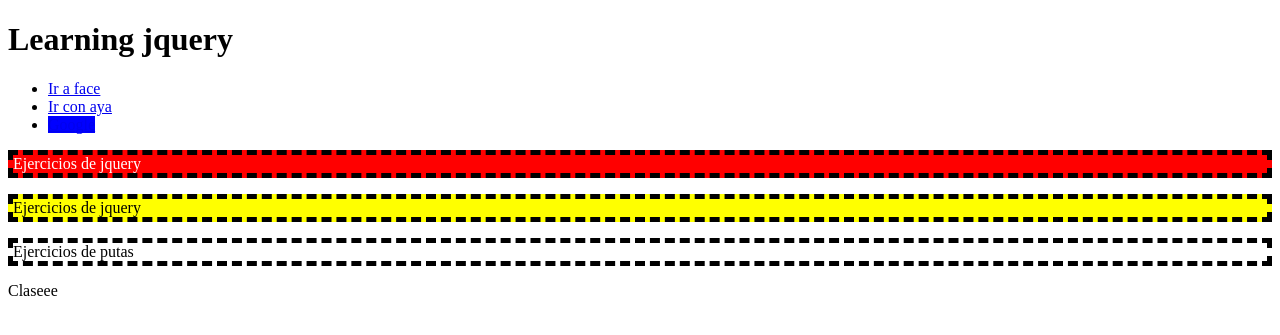
Repository: gitmadacode/practica_javascript
Page: Inicio/jquery/eventos.html
An editor plug-in stored every save of this project. The page is shown before and after the next save, followed by the edit.
The browser window is 1280 px wide. The pictures show the whole page.

Above is the page before, as saved 2019-09-13 20:26:18.

### Inicio/jquery/eventos.html
<!DOCTYPE html>
<html lang="en">
<head>
    <meta charset="UTF-8">
    <meta name="viewport" content="width=device-width, initial-scale=1.0">
    <meta http-equiv="X-UA-Compatible" content="ie=edge">
    <!--<script src="https://ajax.googleapis.com/ajax/libs/jquery/3.4.1/jquery.min.js"></script>--->
    <script type="text/javascript" src="../js/jquery.min.js"></script>
    <script type="text/javascript" src="../js/selectores.js"></script>
    <style>
    #caja{

    }


    </style>
    <title>jquery</title>
    <h1>Learning jquery</h1>
    <ul>
        <li><a href="https://www.facebook.com/">Ir a face</a></li>
        <li><a href="https://www.youtube.com/channel/UCrWvjjD84UOcbNMvv_22UVQ/videos">Ir con aya</a></li>
        <li><a href="https://www.google.com/webhp?hl=es-419&ictx=2&sa=X&ved=0ahUKEwjYmbSv5M7kAhUOHbkGHfYLDgkQPQgH" title="Google">Google</a></li>
    </ul>
    <p id="rojo" class="zebra">Ejercicios de jquery</p>
    <p id="amarillo" class="zebra">Ejercicios de jquery</p>
    <p class="zebra">Ejercicios de putas</p>
    <p>Claseee</p>
</head>
<body>

</body>
</html>

### Inicio/js/selectores.js
//Un ID es un identificador unico , para muchos usamos Class

$(document).ready(function(){
    //Selector ID
    var rojo = $("#rojo").css("background","red")
                         .css("color","white");

    var amarillo = $("#amarillo").css("background","yellow");

    //Selector de clase

    var mi_clase = $('.zebra');
    mi_clase.css("border","5px dashed black");

    $('.sin_borde').click(function(){
        console.log("click dado");
        $(this).addClass('zebra');
    });

    //Selectores de etiqueta

    var parrafos = $('p');

    parrafos.click(function(){
    $(this).removeClass("zebra");
    });

    console.log(rojo);

    //Selectores de atributo
    $('[title=Google]').css('background','blue');

});

Loaded but not shown: Inicio/js/jquery.min.js (library)

After the next save:
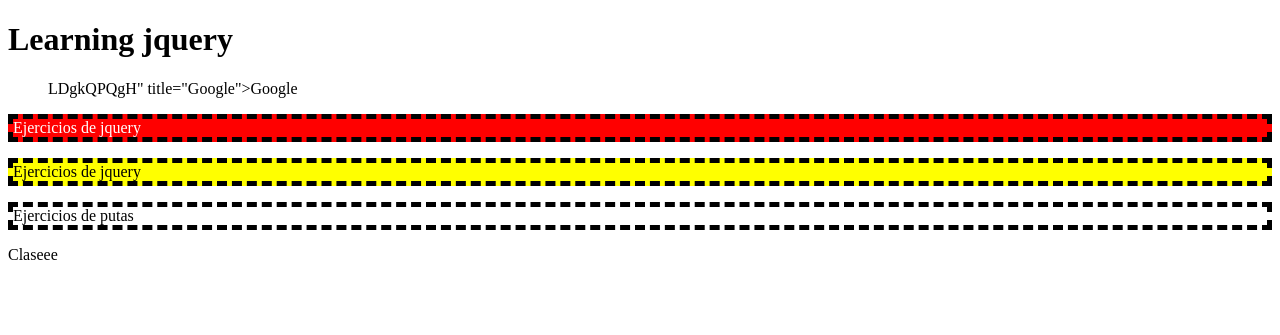
Saved 10 s later.
--- a/Inicio/jquery/eventos.html
+++ b/Inicio/jquery/eventos.html
@@ -17,9 +17,7 @@
     <title>jquery</title>
     <h1>Learning jquery</h1>
     <ul>
-        <li><a href="https://www.facebook.com/">Ir a face</a></li>
-        <li><a href="https://www.youtube.com/channel/UCrWvjjD84UOcbNMvv_22UVQ/videos">Ir con aya</a></li>
-        <li><a href="https://www.google.com/webhp?hl=es-419&ictx=2&sa=X&ved=0ahUKEwjYmbSv5M7kAhUOHbkGHfYLDgkQPQgH" title="Google">Google</a></li>
+        LDgkQPQgH" title="Google">Google</a></li>
     </ul>
     <p id="rojo" class="zebra">Ejercicios de jquery</p>
     <p id="amarillo" class="zebra">Ejercicios de jquery</p>
